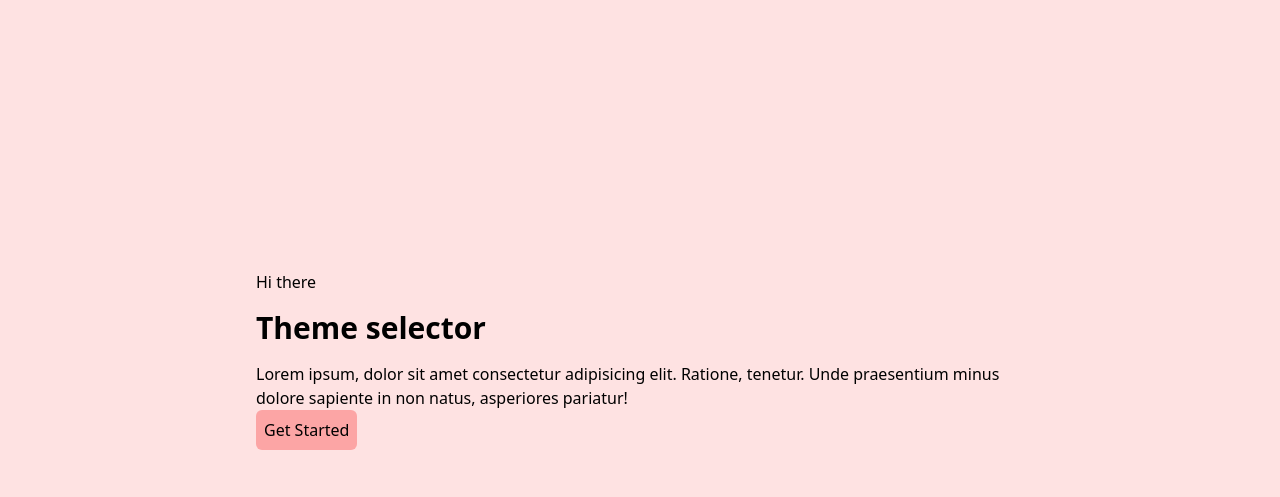
Repository: prince-bansal/tailwind-theme-switcher
Page: /
The author's editor kept a copy of each file at every save. The page is drawn from the files as they stood at one save, then again after the next save.
The browser window is 1280 px wide. The pictures show the whole page.
The project was rebuilt for these pictures with package versions that can differ from the ones it lists, and the page was loaded fresh each time. Also part of the build but not shown: vite.config.ts, src/App.css.

Above is the page before, as saved 2024-03-17 19:08:58.

After the next save:
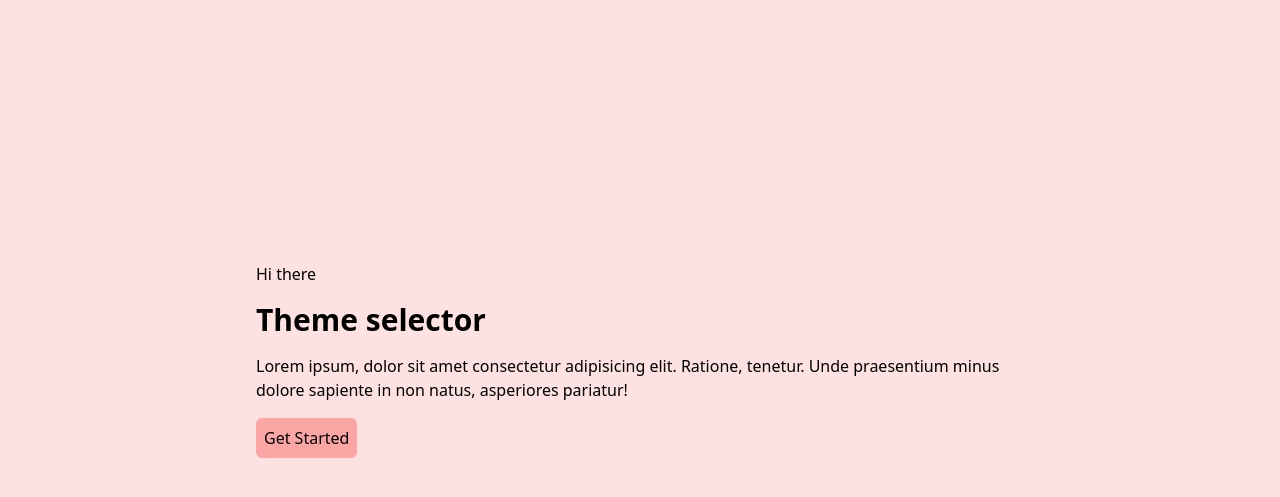
Saved 5 s later.
--- a/src/App.tsx
+++ b/src/App.tsx
@@ -12,7 +12,7 @@ function App() {
           tenetur. Unde praesentium minus dolore sapiente in non natus,
           asperiores pariatur!
         </p>
-        <button className="bg-red-300 p-2 rounded-md">Get Started</button>
+        <button className="mt-4 bg-red-300 p-2 rounded-md">Get Started</button>
       </div>{" "}
     </div>
   );
